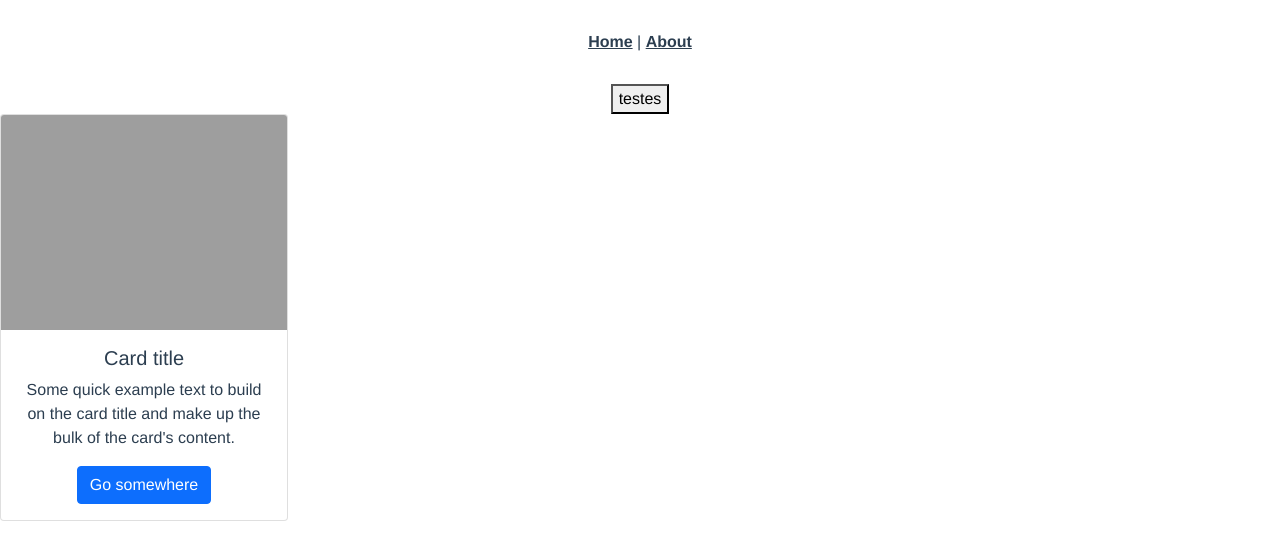
Repository: caiomitsuo/ContactsVueJs
Page: /lista
The author's editor kept a copy of each file at every save. The page is drawn from the files as they stood at one save, then again after the next save.
The browser window is 1280 px wide. The pictures show the whole page.
Pictures or frames that could not be fetched are drawn as grey boxes. The page's requests for data from a server got no answer. The project was rebuilt for these pictures with package versions that can differ from the ones it lists, and the page was loaded fresh each time. No one was signed in, and anything a server would have sent is missing. Also part of the build but not shown: vue.config.js, src/components/HelloWorld.vue, src/views/HomeView.vue. Imported but missing from the stored project, and not drawn on this page: ....

Above is the page before, as saved 2022-04-30 12:25:16.

### src/main.js
import Vue from 'vue'
import App from './App.vue'
import router from './router'
import store from './store'
import { BootstrapVue, IconsPlugin } from 'bootstrap-vue'
import './plugins/axios'

// Import Bootstrap and BootstrapVue CSS files (order is important)
import 'bootstrap/dist/css/bootstrap.css'
import 'bootstrap-vue/dist/bootstrap-vue.css'

// Make BootstrapVue available throughout your project
Vue.use(BootstrapVue)
// Optionally install the BootstrapVue icon components plugin
Vue.use(IconsPlugin)

Vue.config.productionTip = false

new Vue({
  router,
  store,
  render: h => h(App)
}).$mount('#app')

### src/App.vue
<template>
  <div id="app">
    <nav>
      <router-link to="/">Home</router-link> |
      <router-link to="/about">About</router-link>
    </nav>
    <router-view/>
  </div>
</template>
<script>
export default ({
  created() {
    this.$http.get('/ping').then((response) => {
      console.log(response)
    })
  },
})
</script>
<style>
#app {
  font-family: Avenir, Helvetica, Arial, sans-serif;
  -webkit-font-smoothing: antialiased;
  -moz-osx-font-smoothing: grayscale;
  text-align: center;
  color: #2c3e50;
}

nav {
  padding: 30px;
}

nav a {
  font-weight: bold;
  color: #2c3e50;
}

nav a.router-link-exact-active {
  color: #42b983;
}
</style>

### src/router/index.js
import Vue from 'vue'
import VueRouter from 'vue-router'
import HomeView from '../views/HomeView.vue'
import ListView from '../views/ListView.vue'
Vue.use(VueRouter)

const routes = [
  {
    path: '/',
    name: 'home',
    component: HomeView
  },
  {
    path: '/about',
    name: 'about',
    // route level code-splitting
    // this generates a separate chunk (about.[hash].js) for this route
    // which is lazy-loaded when the route is visited.
    component: () => import(/* webpackChunkName: "about" */ '../views/AboutView.vue')
  },
  {
    path: '/lista',
    name: 'lista',
    component:ListView
  }
]

const router = new VueRouter({
  mode: 'history',
  base: process.env.BASE_URL,
  routes
})

export default router

### src/plugins/axios.js
import Vue from 'vue'
import axios from 'axios'

axios.defaults.baseURL = 'http://127.0.0.1:8000/api/'

Vue.use({
    install(Vue){
        Vue.prototype.$http = axios
    }
})

### src/views/ListView.vue
<template>
  <div>
    <button>testes</button>
    <div class="card" style="width: 18rem;">
         <img class="card-img-top" src="..." alt="Card image cap">
        <div class="card-body">
    <h5 class="card-title">Card title</h5>
    <p class="card-text">Some quick example text to build on the card title and make up the bulk of the card's content.</p>
    <a href="#" class="btn btn-primary">Go somewhere</a>
  </div>
    </div>
  </div>
</template>

<script>
export default {};
</script>

<style lang="scss" scoped>
</style>

Loaded but not shown: public/index.html (common file); src/store/index.js (common file)

After the next save:
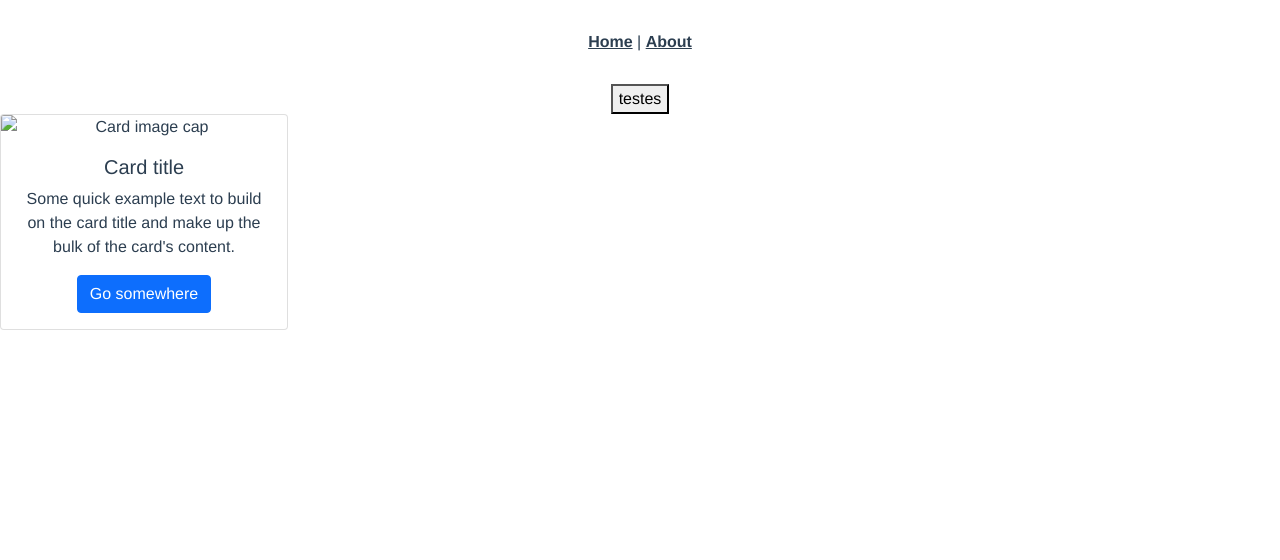
Saved 7 s later.
--- a/src/views/ListView.vue
+++ b/src/views/ListView.vue
@@ -2,7 +2,7 @@
   <div>
     <button>testes</button>
     <div class="card" style="width: 18rem;">
-         <img class="card-img-top" src="..." alt="Card image cap">
+         <img class="card-img-top"  alt="Card image cap">
         <div class="card-body">
     <h5 class="card-title">Card title</h5>
     <p class="card-text">Some quick example text to build on the card title and make up the bulk of the card's content.</p>
